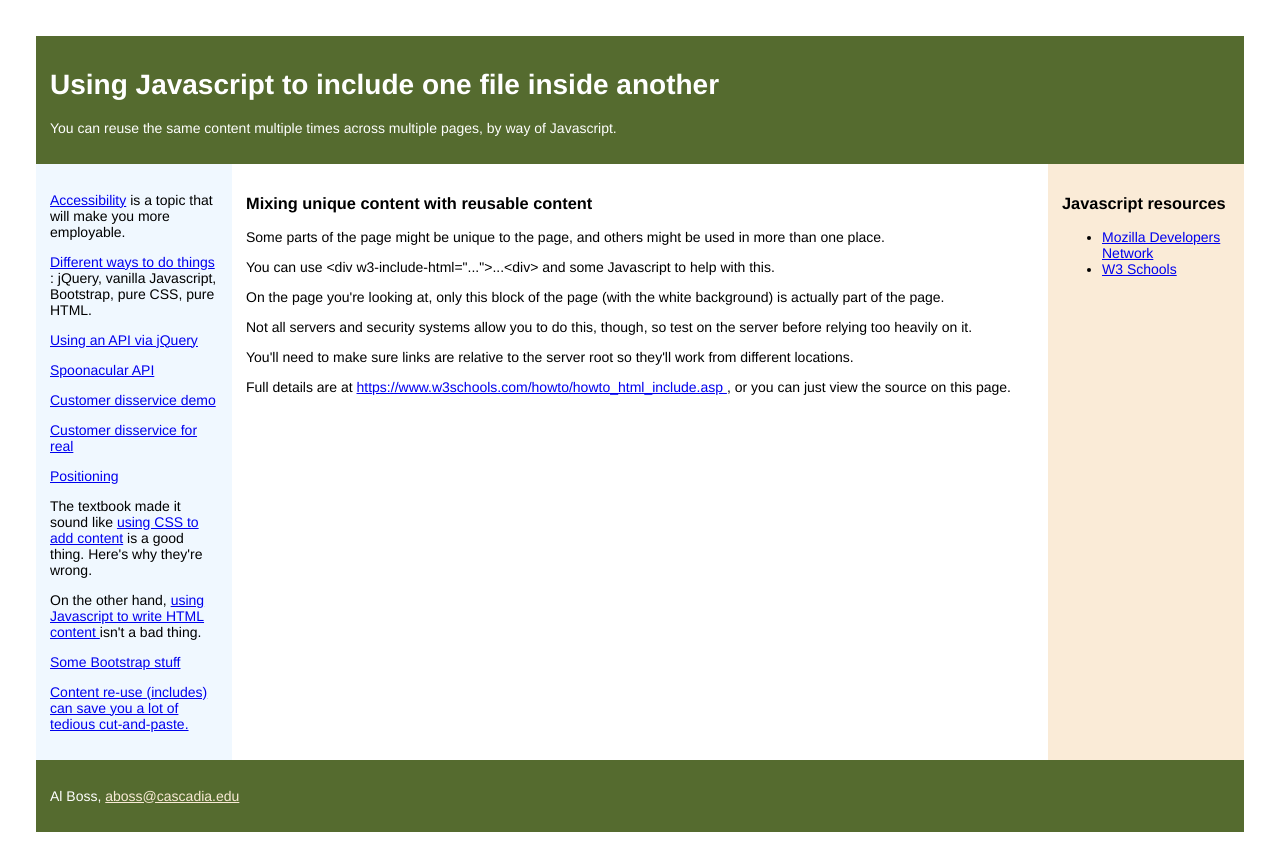
Repository: alboss/bit-175
Page: docs/includes-index.html
The author's editor kept a copy of each file at every save. The page is drawn from the files as they stood at one save, then again after the next save.
The browser window is 1280 px wide. The pictures show the whole page.

Above is the page before, as saved 2023-05-10 17:25:41.

### docs/includes-index.html
<!DOCTYPE html>
<html lang="en">
  <head>
    <meta charset="UTF-8" />
    <meta http-equiv="X-UA-Compatible" content="IE=edge" />
    <meta name="viewport" content="width=device-width, initial-scale=1.0" />
    <title>Using Javascript to include one file inside another</title>
    <link rel="stylesheet" type="text/css" href="./styles/styles.css" />
    <style>
      .page-parts,
      .page-parts-body {
        display: flex;
        flex-direction: column;
      }

      .page-parts-nav {
        order: -1;
        background-color: aliceblue;
      }

      @media (min-width: 768px) {
        .page-parts-body {
          flex-direction: row;
          flex: 1;
        }
        .page-parts-content {
          flex: 1;
          padding: 1em;
        }
        .page-parts-nav,
        .page-parts-aside {
          /* 12em is the width of the columns */
          flex: 0 0 12em;
          padding: 1em;
        }
        .page-parts-aside {
          background-color: antiquewhite;
        }
        header,
        footer {
          background-color: darkolivegreen;
          color: #fff;
          padding: 1em;
        }
      }
      footer a {
        color: antiquewhite;
      }
    </style>
  </head>

  <body class="page-parts">
    <header>
      <h1>Using Javascript to include one file inside another</h1>
      <p>
        You can reuse the same content multiple times across multiple pages, by
        way of Javascript.
      </p>
    </header>

    <div class="page-parts-body">
      <main class="page-parts-content">
        <h3>Mixing unique content with reusable content</h3>
        <p>
          Some parts of the page might be unique to the page, and others might
          be used in more than one place.
        </p>
        <p>
          You can use &lt;div w3-include-html="..."&gt;...&lt;div&gt; and some
          Javascript to help with this.
        </p>
        <p>On the page you're looking at, only this block of the page (with the white background) is actually part of the page. </p>
        <p>
          Not all servers and security systems allow you to do this, though, so
          test on the server before relying too heavily on it.
        </p>
        <p>
          You'll need to make sure links are relative to the server root so
          they'll work from different locations.
        </p>
        <p>
          Full details are at
          <a href="https://www.w3schools.com/howto/howto_html_include.asp">
            https://www.w3schools.com/howto/howto_html_include.asp
          </a>
          , or you can just view the source on this page.
        </p>
      </main>
      <nav class="page-parts-nav">
        <div w3-include-html="./includes-nav.html"></div>
      </nav>
      <aside class="page-parts-aside">
        <div w3-include-html="./includes-something-else.html"></div>
      </aside>
    </div>
    <footer>
      <div w3-include-html="./includes-footer.html"></div>
    </footer>
    <script src="./includes.js"></script>
    <script>
      includeHTML();
    </script>
  </body>
</html>

### docs/styles/styles.css
body {
  font-family: Helvetica, Arial, Sans-serif;
  font-size: 14px;
  padding: 2em;
}
#description {
  border: 2px solid #999;
  padding: 2em;
  margin: 2em;
}
#lead {
  font-size: 1.2em;
  color: #666;
}
.highlight {
  background-color: yellow;
  font-weight: bold;
}

nav.top ul {
  display: flex;
}
nav.top ul li {
  margin: 0px;
  padding: 10px 25px;
  border-inline: 2px solid #333;
  margin-left: -2px;
  background-color: cornsilk;
  list-style: none;
}
nav.top ul li:hover {
  background-color: blanchedalmond;
  list-style: none;
  display: block;
}

### docs/includes.js
function includeHTML() {
  let z, i, elmnt, file, xhttp;
  /* Loop through a collection of all HTML elements: */
  z = document.getElementsByTagName("*");
  for (i = 0; i < z.length; i++) {
    elmnt = z[i];
    /*search for elements with a certain atrribute:*/
    file = elmnt.getAttribute("w3-include-html");
    if (file) {
      /* Make an HTTP request using the attribute value as the file name: */
      xhttp = new XMLHttpRequest();
      xhttp.onreadystatechange = function () {
        if (this.readyState == 4) {
          if (this.status == 200) {
            elmnt.innerHTML = this.responseText;
          }
          if (this.status == 404) {
            elmnt.innerHTML = "Page not found.";
          }
          /* Remove the attribute, and call this function once more: */
          elmnt.removeAttribute("w3-include-html");
          includeHTML();
        }
      };
      xhttp.open("GET", file, true);
      xhttp.send();
      /* Exit the function: */
      return;
    }
  }
}

### docs/includes-nav.html
<p>
  <a href="./a11y.html">Accessibility</a>
  is a topic that will make you more employable.
</p>
<p>
  <a href="./choices/">Different ways to do things</a>
  : jQuery, vanilla Javascript, Bootstrap, pure CSS, pure HTML.
</p>
<p><a href="./api.html">Using an API via jQuery</a></p>
<p><a href="./spoonacular-api/index.html">Spoonacular API</a></p>
<p><a href="./customer-service-demo.html">Customer disservice demo</a></p>
<p><a href="./customer-service.html">Customer disservice for real</a></p>
<p><a href="./positioning.html">Positioning</a></p>
<p>
  The textbook made it sound like
  <a href="./css-is-not-content.html">using CSS to add content</a>
  is a good thing. Here's why they're wrong.
</p>
<p>
  On the other hand,
  <a href="./includes/js-write-html.html">
    using Javascript to write HTML content
  </a>
  isn't a bad thing.
</p>
<p><a href="./bootstrap/">Some Bootstrap stuff</a></p>
<p>
  <a href="./includes-index.html">
    Content re-use (includes) can save you a lot of tedious cut-and-paste.
  </a>
</p>

### docs/includes-something-else.html
<h3>Javascript resources</h3>
<ul>
  <li>
    <a href="https://developer.mozilla.org/en-US/docs/Web/JavaScript">
      Mozilla Developers Network
    </a>
  </li>
  <li>
    <a href="https://www.w3schools.com/js/default.asp">W3 Schools</a>
  </li>
</ul>

### docs/includes-footer.html
<p>
  Al Boss,
  <a href="mailto:aboss@cascadia.edu">aboss@cascadia.edu</a>
</p>

After the next save:
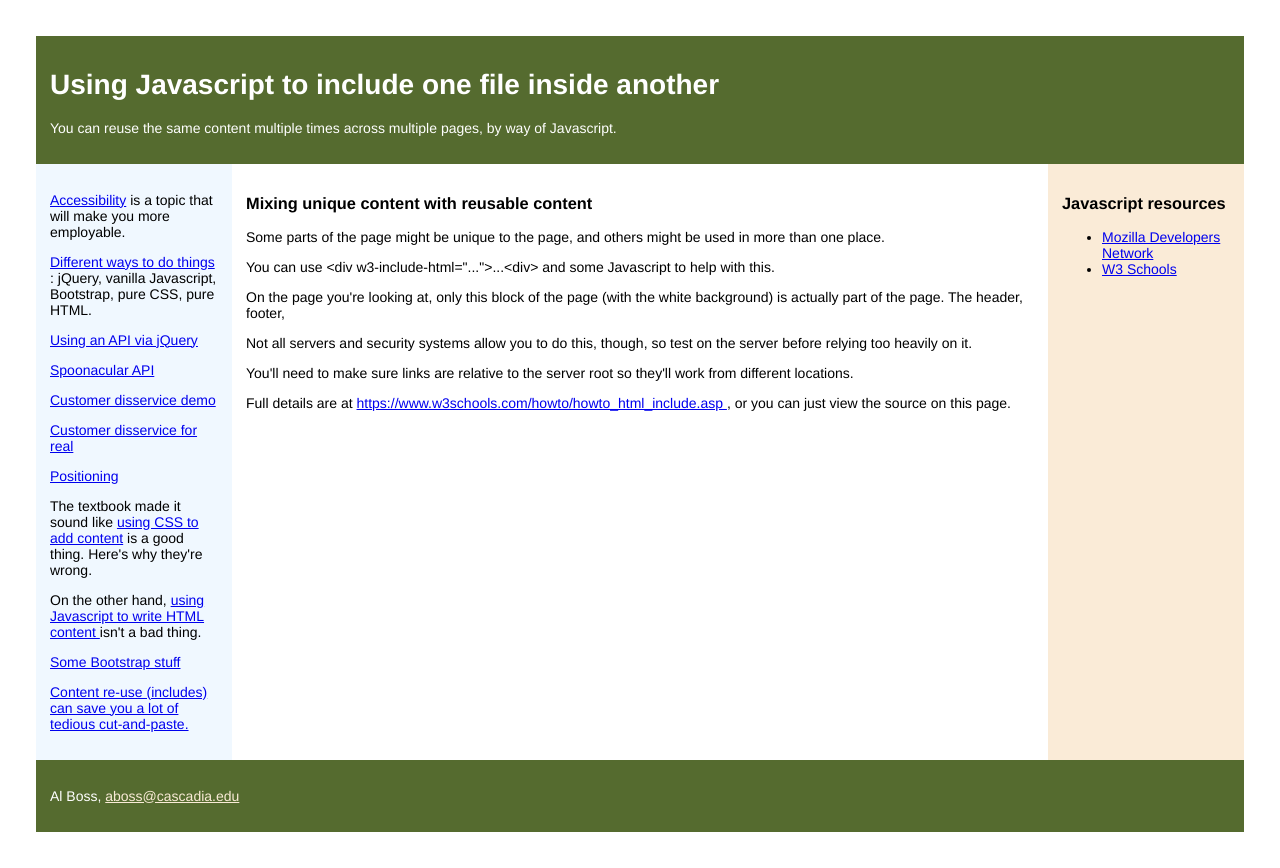
Saved 4 s later.
--- a/docs/includes-index.html
+++ b/docs/includes-index.html
@@ -69,7 +69,7 @@
           You can use &lt;div w3-include-html="..."&gt;...&lt;div&gt; and some
           Javascript to help with this.
         </p>
-        <p>On the page you're looking at, only this block of the page (with the white background) is actually part of the page. </p>
+        <p>On the page you're looking at, only this block of the page (with the white background) is actually part of the page. The header, footer, </p>
         <p>
           Not all servers and security systems allow you to do this, though, so
           test on the server before relying too heavily on it.
